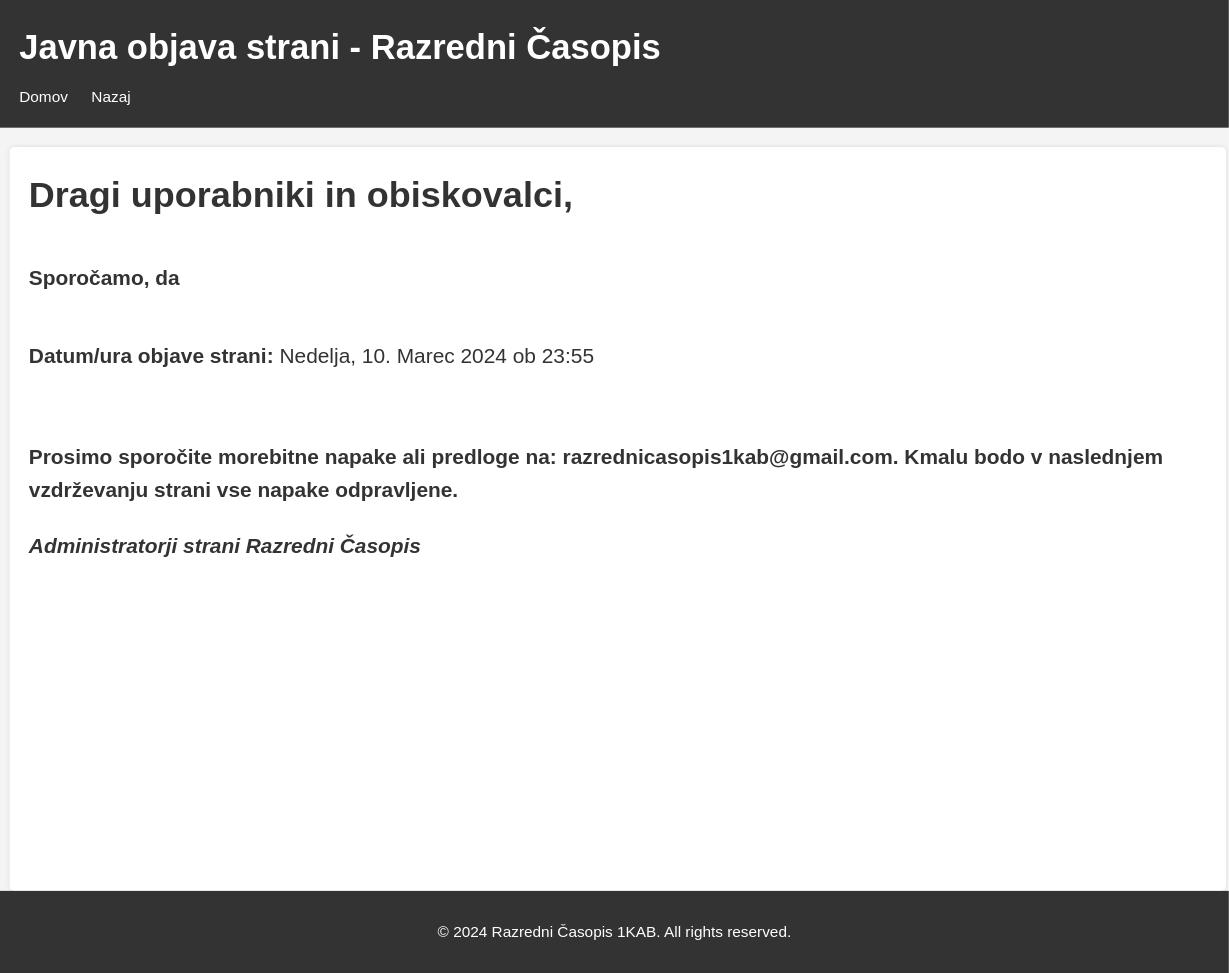
Repository: razrednicasopis/razrednicasopis.github.io
Page: Resources/obvestilo2.html
The author's editor kept a copy of each file at every save. The page is drawn from the files as they stood at one save, then again after the next save.
The browser window is 1280 px wide. The pictures show the whole page, at 96% of full size.

Above is the page before, as saved 2024-03-12 13:03:24.
Console error: TypeError: Cannot read properties of null (reading 'addEventListener')

### Resources/obvestilo2.html
<!DOCTYPE html>
<html lang="en">
<head>
    <meta charset="UTF-8">
    <meta name="viewport" content="width=device-width, initial-scale=1.0">
    <title>Javna objava strani - Razredni Časopis</title>
    <link rel="stylesheet" href="system.css">
    <link rel="stylesheet" href="styless.css">
</head>
<body>

    <div class="blur-container">
    <header>
        <h1>Javna objava strani - Razredni Časopis</h1>
        <nav>
          <ul>
            <li><a href="index.html">Domov</a></li>
            <li><a href="obvestila.html">Nazaj</a></li>
          </ul>
        </nav>
      </header>

<div class="člankimargin">
    <article>
        <div class="člankitext">
            <h1>Dragi uporabniki in obiskovalci,</h1><br>
            <div class="člankitext2">
            <div class="nonboldtext">
            <h2>Sporočamo, da </h2><br><br>
            <h2><b>Datum/ura objave strani: </b><span style="font-weight: normal;">Nedelja, 10. Marec 2024 ob 23:55</span></h2><br><br><br>
            <h2>Prosimo sporočite morebitne napake ali predloge na: razrednicasopis1kab@gmail.com. Kmalu bodo v naslednjem vzdrževanju strani vse napake odpravljene.</h2><br>
            <h2><i>Administratorji strani Razredni Časopis</i></h2>
                </div>
            </div>
        </div>
    </article>
</div>


<footer>
    <p>&copy; 2024 Razredni Časopis 1KAB. All rights reserved.
    </footer>
</div>

<!--Pop-ups and other HTML code-->
<div id="maintenancePopup">
    <div id="maintenancePopupContent">
      <h1>POVEZAVA IZGUBLJENA</h1>
      <p>Povezava z strežnikom izgubljena zaradi vzdrževanja strani. Prosimo osvežite stran.</p>
      <button id="closeMaintenancePopupBtn">Osveži</button>
    </div>
  </div>

<script src="alerts.js"></script>
<script src="maintenancemode.js"></script>
</body>
</html>

### Resources/system.css
/* Koda za "Coming Soon" pop-up */

#popupContainer {
    display: none;
    position: fixed;
    top: 50%;
    left: 50%;
    transform: translate(-50%, -50%);
    background-color: #ffffff;
    box-shadow: 0 4px 8px rgba(0, 0, 0, 0.1);
    padding: 20px;
    border-radius: 10px;
    text-align: center;
    z-index: top;
  }

  #popupContent {
    max-width: 400px;
    margin: 0 auto;
  }

  #closePopupBtn {
    background-color: #3498db;
    color: #ffffff;
    padding: 10px 15px;
    border: none;
    border-radius: 5px;
    cursor: pointer;
  }

  #closePopupBtn:hover {
      background-color: #4da8e1;
  }

  #showPopupLink {
    display: inline-block;
    padding: 10px 15px;
    color: #ffffff;
    text-decoration: none;
    border-radius: 5px;
    cursor: pointer;
  }

body.popup-open {
   overflow: hidden;
}

.popup-open .blur-container {
  filter: blur(5px); /* Apply blur effect only when popup is open */
  pointer-events: none;
}

#maintenancePopup {
  display: none;
  position: fixed;
  top: 50%;
  left: 50%;
  transform: translate(-50%, -50%);
  background-color: #ffffff;
  box-shadow: 0 4px 8px rgba(0, 0, 0, 0.1);
  padding: 20px;
  border-radius: 10px;
  text-align: center;
  z-index: 999;
}

#maintenancePopupContent {
  max-width: 400px;
  margin: 0 auto;
}

#closeMaintenancePopupBtn {
  background-color: #3498db;
  color: #ffffff;
  padding: 10px 15px;
  border: none;
  border-radius: 5px;
  cursor: pointer;
  margin-top: 20px;
}

#closeMaintenancePopupBtn:hover {
  background-color: #4da8e1;
}

/* Koda za "Kontakt" obrazec */

#contactform {
    align-self: center;
    }

    .formcontainer {
      text-align: center;
      margin-top: 50px;
      display: flex;
      justify-content: center;
      align-items: flex-start; /* Align items at the top */
  }

  .border-box {
      display: inline-block;
      padding: 20px;
      width: 550px;
      height: 500px;
      border: 5px solid #333; /* Set your desired border color */
      border-radius: 30px; /* Set the border radius for slightly curved corners */
      background-color: #333; /* Set your desired background color inside the border */
  }

  form input,
form textarea {
    width: calc(100% - 40px); /* Adjusted width with a bit of padding on each side */
    padding: 10px; /* Increased padding for better readability */
    margin-bottom: 5px; /* Increased spacing between input areas */
    margin-top: 25px; /* Move input areas slightly lower */
    height: 40px; /* Increased height to make input areas bigger */
}

form select{
width: calc(100% - 40px); /* Adjusted width with a bit of padding on each side */
padding: 10px; /* Increased padding for better readability */
margin-bottom: 5px;
margin-top: 20px; /* Move input areas slightly lower */
height: 40px; /* Height of input areas */
border: 1px solid #ccc; /* Border style */
border-radius: 5px; /* Border radius */
font-size: 16px; /* Font size */
}

form textarea {
  height: 120px;
}

/* Form Submit Button Styles */

/* Your existing CSS code */
/* Koda za "Coming Soon" pop-up */

#popupContainer {
  display: none;
  position: fixed;
  top: 50%;
  left: 50%;
  transform: translate(-50%, -50%);
  background-color: #ffffff;
  box-shadow: 0 4px 8px rgba(0, 0, 0, 0.1);
  padding: 20px;
  border-radius: 10px;
  text-align: center;
  z-index: top;
}


#popupContent {
  max-width: 400px;
  margin: 0 auto;
}

#closePopupBtn {
  background-color: #3498db;
  color: #ffffff;
  padding: 10px 15px;
  border: none;
  border-radius: 5px;
  cursor: pointer;
}

#closePopupBtn:hover {
    background-color: #4da8e1;
}

#showPopupLink {
  display: inline-block;
  padding: 10px 15px;
  color: #ffffff;
  text-decoration: none;
  border-radius: 5px;
  cursor: pointer;
}

body.popup-open {
 overflow: hidden;
}

body.blur {
filter: blur(5px);
pointer-events: none;
z-index: 1;
}

/* Koda za "Kontakt" obrazec */

#contactform {
  align-self: center;
}

.formcontainer {
  text-align: center;
  margin-top: 50px;
  display: flex;
  justify-content: center;
  align-items: flex-start; /* Align items at the top */
}

.border-box {
  display: inline-block;
  padding: 20px;
  width: 550px;
  height: 500px;
  border: 5px solid #333; /* Set your desired border color */
  border-radius: 30px; /* Set the border radius for slightly curved corners */
  background-color: #333; /* Set your desired background color inside the border */
}

form input,
form textarea {
  width: calc(100% - 40px); /* Adjusted width with a bit of padding on each side */
  padding: 10px; /* Increased padding for better readability */
  margin-bottom: 5px; /* Increased spacing between input areas */
  margin-top: 25px; /* Move input areas slightly lower */
  height: 40px; /* Increased height to make input areas bigger */
}

form select{
width: calc(100% - 40px); /* Adjusted width with a bit of padding on each side */
padding: 10px; /* Increased padding for better readability */
margin-bottom: 5px;
margin-top: 20px; /* Move input areas slightly lower */
height: 40px; /* Height of input areas */
border: 1px solid #ccc; /* Border style */
border-radius: 5px; /* Border radius */
font-size: 16px; /* Font size */
}

form textarea {
height: 120px;
}

/* Combined CSS for Blob Button */

*, *:before, *:after {
  box-sizing: border-box;
  margin: 0;
  padding: 0;
}

.buttons {
  margin-top: 2 0px;
  text-align: center;
  border-radius: 30px;
}

.blob-btn {
  z-index: 1;
  position: relative;
  padding: 20px 150px;
  margin-bottom: 40px;
  margin-top: 10px;
  text-align: center;
  text-transform: uppercase;
  color: #0505A9;
  font-size: 16px;
  font-weight: bold;
  background-color: transparent;
  outline: none;
  border: none;
  transition: color 0.5s;
  cursor: pointer;
  border-radius: 30px;
}
.blob-btn:before {
  content: "";
  z-index: 1;
  position: absolute;
  left: 0;
  top: 0;
  width: 100%;
  height: 100%;
  border: 2px solid #0505A9;
  border-radius: 30px;
}
.blob-btn:after {
  content: "";
  z-index: -2;
  position: absolute;
  left: 3px;
  top: 3px;
  width: 100%;
  height: 100%;
  transition: all 0.3s 0.2s;
  border-radius: 30px;
}
.blob-btn:hover {
  color: #FFFFFF;
  border-radius: 30px;
}
.blob-btn:hover:after {
  transition: all 0.3s;
  left: 0;
  top: 0;
  border-radius: 30px;
}
.blob-btn__inner {
  z-index: -1;
  overflow: hidden;
  position: absolute;
  left: 0;
  top: 0;
  width: 100%;
  height: 100%;
  border-radius: 30px;
  background: #ffffff;
}
.blob-btn__blobs {
  position: relative;
  display: block;
  height: 100%;
  filter: url("#goo");
}
.blob-btn__blob {
  position: absolute;
  top: 2px;
  width: 30%;
  height: 100%;
  background: #0505A9;
  border-radius: 100%;
  transform: translate3d(0, 150%, 0) scale(1.7);
  transition: transform 0.45s;
}
@supports (filter: url("#goo")) {
  .blob-btn__blob {
    transform: translate3d(0, 150%, 0) scale(1.4);
  }
}
.blob-btn__blob:nth-child(1) {
  left: 0%;
  transition-delay: 0s;
}
.blob-btn__blob:nth-child(2) {
  left: 30%;
  transition-delay: 0.08s;
}
.blob-btn__blob:nth-child(3) {
  left: 60%;
  transition-delay: 0.16s;
}
.blob-btn__blob:nth-child(4) {
  left: 90%;
  transition-delay: 0.24s;
}
.blob-btn:hover .blob-btn__blob {
  transform: translateZ(0) scale(1.7);
}

/* Define the keyframes for the pulse effect */
@keyframes pulse {
  0% {
    box-shadow: 0 0 0 0 rgba(255, 255, 255, 0.7); /* Initial box shadow color, adjust to match button color */
  }
  50% {
    box-shadow: 0 0 0 20px rgba(255, 255, 255, 0); /* Intermediate box shadow color */
  }
  100% {
    box-shadow: 0 0 0 0 rgba(255, 255, 255, 0); /* Final box shadow color */
  }
}

/* Apply the animation to the button when it's clicked or focused */
.blob-btn:active, .blob-btn:focus {
  animation: pulse 0.3s ease-in-out; /* Adjust the duration to control the pulse speed */
}

@supports (filter: url("#goo")) {
  .blob-btn:hover .blob-btn__blob {
    transform: translateZ(0) scale(1.5);
  }
}

/* CSS za uro */

.clock {
  margin-top: 6cm;
  text-align: center;
  font-size: 3em;
}

/*CSS za vse stranske nav skupine razen za glavno */

.seznamvsebin {
  display: inline-block;
  vertical-align: bottom;
  width: calc(20% - 4px); /* Adjust width to accommodate border */
  box-sizing: border-box;
  margin: 40px;
  border: 3px solid #000; /* Border thickness */
  height: 750px; /* Set desired height */
  /* Additional styling for seznamvsebin if needed */
  background-color: #f2f2f2;

}

.seznamvsebin nav {
    justify-content: center;
    padding: 30px;

}

.seznamvsebin nav a {
      display: inline-block;
      padding: 5px 10px;
      color: #000000;
      text-align: center;
      text-decoration: none;
      margin-bottom: 5px;
      border: 2px, transparent;
      border-radius: 5px;
      transition: linear, border 0.1s linear;
      font-weight: bold;
}


.seznamvsebin nav a:hover {
    background-color: #e0e0e0;
    border: 2px solid #000000
}

.NoviceContent {
  float: right; /* Align to the right */
  width: calc(80% - 250px); /* Adjusted width */
  box-sizing: border-box;
  margin-top: 100px;
}

.NoviceContent p {
  margin-bottom: 20px;
}

#dynamicText {
  float: right; /* Align to the right */
  width: calc(89% - 250px); /* Adjusted width */
  box-sizing: border-box;
  margin-top: 90px;
}

#dynamicText article {
  width: 99%;
}

/* Pravila Obrazca CSS */

.pravilaobrazca {
  height: 630px;
}

.pravilaobrazca_opozorilo {
  margin-top: 275px; /* Keeps this div at the bottom */
  color: #666; /* Change text color if desired */
}

/* Random CSS */

/* CSS for the admin credits list */

.creditscontainer {
  display: flex;
  flex-wrap: wrap;
}

.creditslist {
  flex: 1;
  margin: 10px;
  padding: 0;
  list-style-type: none;
}

.creditslist li {
  margin-bottom: 5px;
}

.adminlist article {
  min-height: 225px;
}

/* Članki CSS */

.člankimargin {
  margin-top: 20px;
}

.člankimargin article {
  width: 99%;
  margin-left: 10px;
  height: 20.5cm;
}

.člankitext {
  margin-bottom: 75px;
  font-size: 25px;
}

.člankitext2 {
  font-size: 14.5px;
}

.člankitext3 {
  font-size: 18px;
}

#vitin_spis {
  font-size: 20px;
}

#grinchtext {
  font-size: 20px;
}

#grinchimg img {
  width: 20%;
  height: 20%
}

/* CSS za mediji.html */

.shrambaslik {
  float: right; /* Align to the right */
  width: calc(89% - 250px); /* Adjusted width */
  box-sizing: border-box;
  margin-top: 90px;
}

.shrambaslik img[id="1"] {
  width: 25%;
  height: 25%;
}

.shrambaslik img[id="2"] {
  width: 10%;
  height: 5%;
  margin-left: 2%;
}

### Resources/styless.css
* {
  margin: 0;
  padding: 0;
  box-sizing: border-box;
}

/* Globalni slogi */
body {
  font-family: Arial, sans-serif;
  line-height: 1.6;
  background-color: #f4f4f4;
  color: #333;
  margin: 0;
  padding: 0;
  max-height: 100vh;
}


.container {
    text-align: center;
    margin-top: 50px;
}

.border-box {
    display: inline-block;
    padding: 200px;
    width: 550px;
    height: 500px;
    border: 5px solid #333; /* Set your desired border color */
    border-radius: 30px; /* Set the border radius for slightly curved corners */
    background-color: #333; /* Set your desired background color inside the border */
}

header {
  background: #333;
  color: #fff;
  padding: 20px;
}

header h1 {
  margin-bottom: 10px;
  font-size: 36px;
}

nav ul {
  list-style: none;
}

nav ul li {
  display: inline;
  margin-right: 20px;
}

nav ul li a {
  color: #fff;
  text-decoration: none;
}

main {
  padding: 20px;
}

section {
  margin-bottom: 30px;
}

section h2 {
  margin-bottom: 15px;
}

article {
  background: #fff;
  padding: 20px;
  border-radius: 5px;
  box-shadow: 0 0 5px rgba(0, 0, 0, 0.1);
}

article h3 {
  margin-bottom: 10px;
}

article p {
  color: #666;
}

article a {
  display: inline-block;
  margin-top: 10px;
  text-decoration: none;
  color: #333;
  border-bottom: 1px solid #333;
  padding-bottom: 2px;
}

article a:hover {
  color: #000;
  border-color: #000;
}



footer {
  text-align: center;
  padding: 30px;
  background-color: #333;
  color: #fff;
  position: absolute;
  bottom: auto;
  width: 100%;
  text-align: center;
}

### Resources/alerts.js
 document.addEventListener('DOMContentLoaded', function () {
        document.querySelectorAll('.showPopupLink').forEach(function (link) {
            link.addEventListener('click', function (event) {
                event.preventDefault();
                document.getElementById('popupContainer').style.display = 'block';
                document.body.classList.add('popup-open');
            });
        });

        document.getElementById('closePopupBtn').addEventListener('click', function () {
            document.getElementById('popupContainer').style.display = 'none';
            document.body.classList.remove('popup-open');
        });
    });

    //Maintenance mode pop-up

    document.addEventListener('DOMContentLoaded', function ()  {
        function toggleMaintenancePopup(show) {
            var maintenancePopup = document.getElementById('maintenancePopup');
            if (maintenancePopup) {
                maintenancePopup.style.display = show ? 'block' : 'none';
                document.body.classList.toggle('popup-open', show);
                console.log(Error);
            }
        }


    function checkMaintenanceStatus() {
        setInterval(function () {


            toggleMaintenancePopup(maintenanceMode);

        }, 1000);
    }

    document.getElementById('closeMaintenancePopupBtn').addEventListener('click', function ()  {
        location.reload();
    });

    checkMaintenanceStatus();
});

Loaded but not shown: Resources/maintenancemode.js (no stored copy; drawn as an empty file)

After the next save:
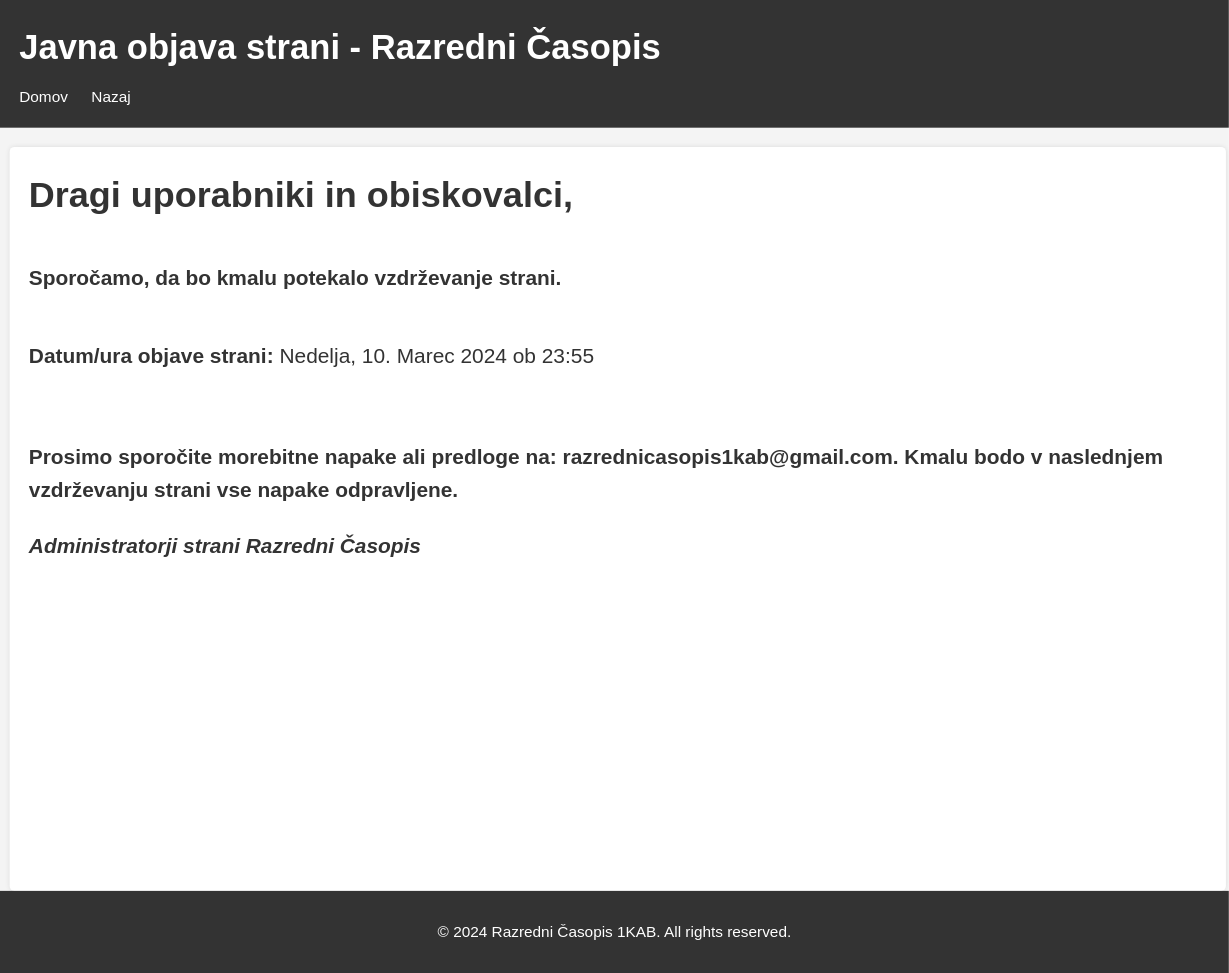
Saved 31 s later.
--- a/Resources/obvestilo2.html
+++ b/Resources/obvestilo2.html
@@ -26,7 +26,7 @@
             <h1>Dragi uporabniki in obiskovalci,</h1><br>
             <div class="člankitext2">
             <div class="nonboldtext">
-            <h2>Sporočamo, da </h2><br><br>
+            <h2>Sporočamo, da bo kmalu potekalo vzdrževanje strani.</h2><br><br>
             <h2><b>Datum/ura objave strani: </b><span style="font-weight: normal;">Nedelja, 10. Marec 2024 ob 23:55</span></h2><br><br><br>
             <h2>Prosimo sporočite morebitne napake ali predloge na: razrednicasopis1kab@gmail.com. Kmalu bodo v naslednjem vzdrževanju strani vse napake odpravljene.</h2><br>
             <h2><i>Administratorji strani Razredni Časopis</i></h2>
